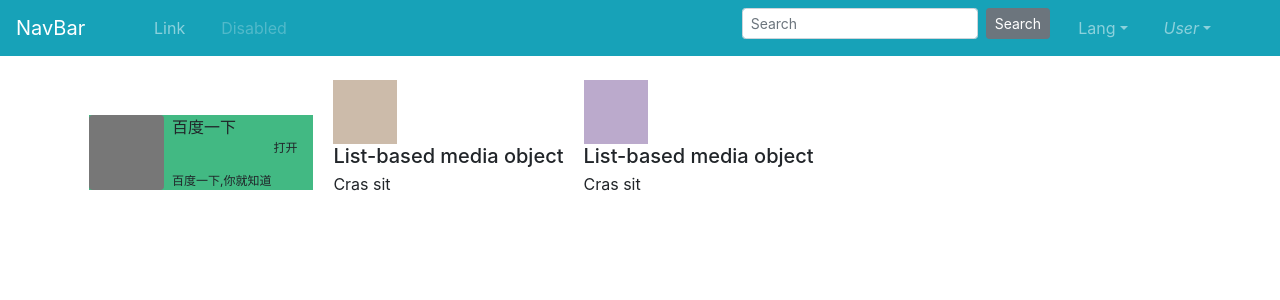
Repository: Funnyrz/vue-nav
Page: /
An editor plug-in stored every save of this project. The page is shown before and after the next save, followed by the edit.
The browser window is 1280 px wide. The pictures show the whole page.
The project was rebuilt for these pictures with package versions that can differ from the ones it lists, and the page was loaded fresh each time.

Above is the page before, as saved 2020-08-26 12:23:25.

After the next save:
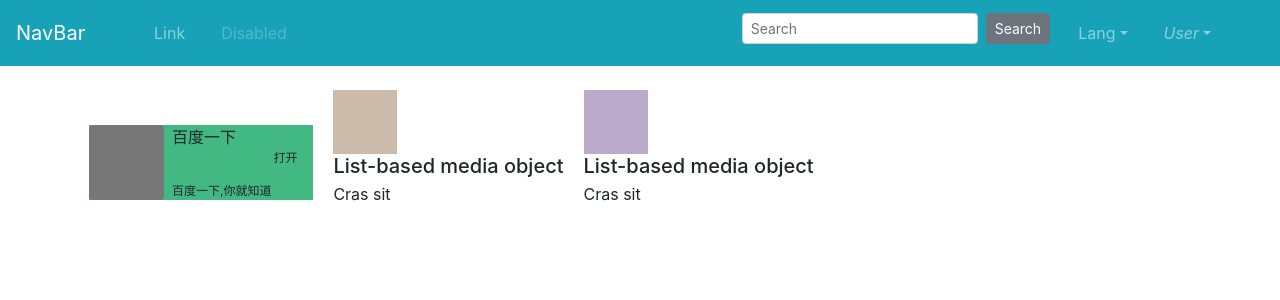
Saved 38 s later.
--- a/src/components/HelloWorld.vue
+++ b/src/components/HelloWorld.vue
@@ -111,7 +111,7 @@
 }
 li {
   display: inline-block;
-  margin: 0 10px;
+  margin: 5px 10px;
 }
 a {
   color: #42b983;

After the save that followed:
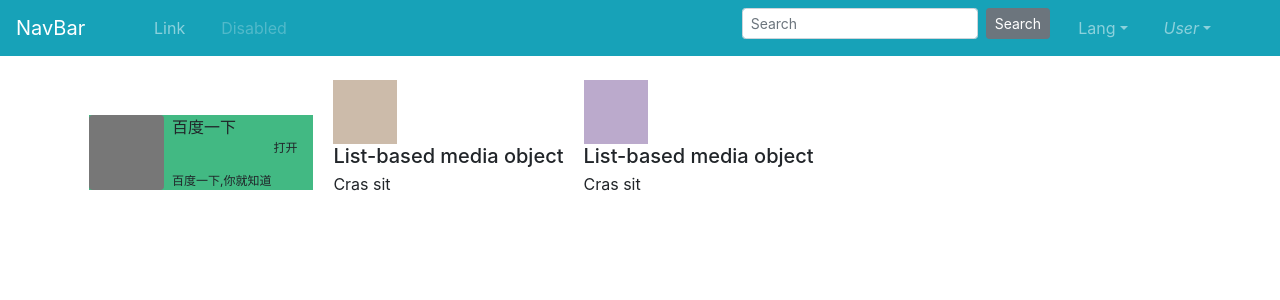
Saved 8 s later.
--- a/src/components/HelloWorld.vue
+++ b/src/components/HelloWorld.vue
@@ -111,7 +111,7 @@
 }
 li {
   display: inline-block;
-  margin: 5px 10px;
+  margin: 0 10px;
 }
 a {
   color: #42b983;
